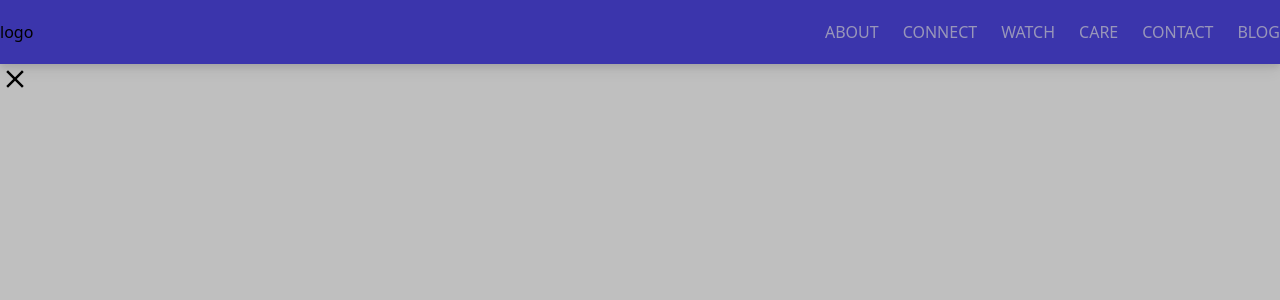
Repository: hisreal123/godschamber
Page: /
These files come from the project's save history. The page is drawn as it stood at one moment and after the next save; the edit follows.
The browser window is 1280 px wide. The pictures show the whole page.
The project was rebuilt for these pictures with package versions that can differ from the ones it lists, and the page was loaded fresh each time. The framework's server and built-in components were replaced by stand-ins that run in the browser. Also part of the build but not shown: next.config.js.

Above is the page before, as saved 2023-03-21 17:25:19.

### src/app/layout.tsx
import './globals.css'

export const metadata = {
  title: 'Welcome to Godschambers e-church ',
  description: 'Get closer to Your father ',
}

export default function RootLayout({
  children,
}: {
  children: React.ReactNode
}) {
  return (
    <html lang="en">
      <body>
        {children}
        </body>
    </html>
  )
}

### src/app/page.tsx
"use client"
import React, {lazy , useState}  from 'react'
import { Inter } from 'next/font/google'

// context
import { SideBarContext } from './components/context/SidebarContext'

// Font
const inter = Inter({ subsets: ['latin'] })

// LazyLoading
const Header = lazy(() => import('./components/Header'))
const Sidebar = lazy(() => import('./components/Sidebar'))


// Export....
export default function Home() {

  const [Open, setOpen] = useState(false)

  return (
    <main className="">
      <SideBarContext.Provider value={{Open, setOpen}}>
        <Header />
        <Sidebar />
      </SideBarContext.Provider>
    </main>
  )
}

### src/app/components/context/SidebarContext.tsx
import { createContext } from "react";


 type SideBarProps  = {
    Open: boolean
    setOpen :  any
}

export const SideBarContext = createContext( {} as  SideBarProps)

### src/app/components/Header.tsx
import React, {useContext} from 'react'
import { SideBarContext } from './context/SidebarContext'
import { menuIcon } from './SvgIcons/SvgIcons'

export default function Header() {

  const {Open, setOpen} = useContext(SideBarContext)
  const toggleSideBar = () => setOpen(!Open)

  return (
    <div className="w-full h-16 bg-indigo-600 drop-shadow-lg">
    <div className="container px-10 md:px-0 h-full mx-auto flex justify-between items-center">

      {/* logo here*/}
        <a className="" href="#">logo</a>

        {/* menu Links */}
        <ul id="menu" className="hidden fixed top-0 right-0 px-10 py-16 bg-gray-800 z-50
            md:relative md:flex md:p-0 md:bg-transparent md:flex-row md:space-x-6">

            <li className="md:hidden z-90 fixed top-4 right-6">
                <a href="javascript:void(0)" className="text-right text-white text-4xl"
                    onClick={toggleSideBar}></a>
            </li>

            <li>
                <a className="text-white opacity-70 hover:opacity-100 duration-300" href="#">ABOUT</a>
            </li>
            <li>
                <a className="text-white opacity-70 hover:opacity-100 duration-300" href="#">CONNECT</a>
            </li>
            <li>
                <a className="text-white opacity-70 hover:opacity-100 duration-300" href="#">WATCH</a>
            </li>

            <li>
                <a className="text-white opacity-70 hover:opacity-100 duration-300" href="#">CARE</a>
            </li>

            <li>
                <a className="text-white opacity-70 hover:opacity-100 duration-300" href="#">CONTACT</a>
            </li>
            <li>
                <a className="text-white opacity-70 hover:opacity-100 duration-300" href="#">BLOG</a>
            </li>

        </ul>

        <div className="flex items-center md:hidden">
            <button className="text-white text-4xl font-bold opacity-70 hover:opacity-100 duration-300"
                onClick={toggleSideBar}>
                {menuIcon}
            </button>
        </div>
  </div>
</div>
  )
}

### src/app/components/Sidebar.tsx
import React, {useContext} from 'react'
import { SideBarContext } from './context/SidebarContext'
import { closeIcon } from './SvgIcons/SvgIcons'
export default function Sidebar() {

    const {Open, setOpen} = useContext(SideBarContext)
    const toggleSideBar = () => setOpen(!Open)

  return (
    <div className={ Open ? " h-screen bg-slate-400 w-1/2 absolute top-0  right-0 z-100" : ' '}>
      {<div className="overlay h-screen bg-black  bg-opacity-25 w-screen absolute top-0 bottom-0 right-0 left-0 z-200 "></div>}
      <nav></nav>
      <div className="top">
        <span  onClick={toggleSideBar}>
          {closeIcon}
        </span>
      </div>
    </div>
  )
}

### src/app/components/SvgIcons/SvgIcons.tsx

export const menuIcon  = <svg xmlns="http://www.w3.org/2000/svg" width="30" height="30" viewBox="0 0 24 24"><path fill="currentColor" d="M3 18h13v-2H3v2zm0-5h10v-2H3v2zm0-7v2h13V6H3zm18 9.59L17.42 12L21 8.41L19.59 7l-5 5l5 5L21 15.59z"/></svg>
export const closeIcon = <svg xmlns="http://www.w3.org/2000/svg" width="30" height="30" viewBox="0 0 24 24"><path fill="currentColor" d="M6.4 19L5 17.6l5.6-5.6L5 6.4L6.4 5l5.6 5.6L17.6 5L19 6.4L13.4 12l5.6 5.6l-1.4 1.4l-5.6-5.6Z"/></svg>

### tailwind.config.js
/** @type {import('tailwindcss').Config} */
module.exports = {
  mode: ' Jit',
  content: [
    "./app/**/*.{js,ts,jsx,tsx}",
    "./pages/**/*.{js,ts,jsx,tsx}",
    "./components/**/*.{js,ts,jsx,tsx}",

    // Or if using `src` directory:
    "./src/**/*.{js,ts,jsx,tsx}",
  ],
  theme: {
    extend: {},
  },
  plugins: [],
}

Loaded but not shown: src/app/globals.css (common file)

After the next save:
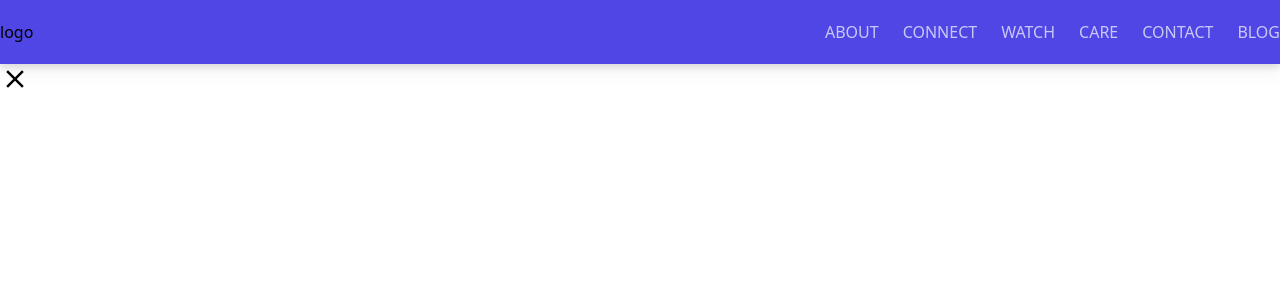
Saved 4 s later.
--- a/src/app/components/Sidebar.tsx
+++ b/src/app/components/Sidebar.tsx
@@ -8,7 +8,7 @@
 
   return (
     <div className={ Open ? " h-screen bg-slate-400 w-1/2 absolute top-0  right-0 z-100" : ' '}>
-      {<div className="overlay h-screen bg-black  bg-opacity-25 w-screen absolute top-0 bottom-0 right-0 left-0 z-200 "></div>}
+      {/* {<div className="overlay h-screen bg-black  bg-opacity-25 w-screen absolute top-0 bottom-0 right-0 left-0 z-200 "></div>} */}
       <nav></nav>
       <div className="top">
         <span  onClick={toggleSideBar}>

After the save that followed:
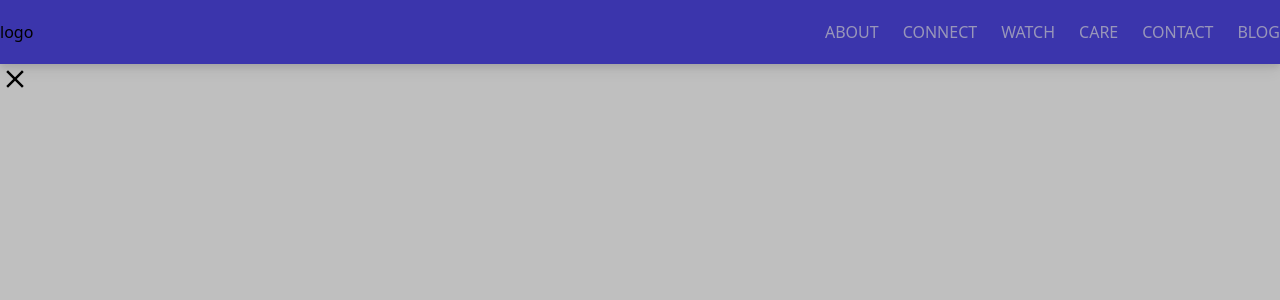
Saved 7 s later.
--- a/src/app/components/Sidebar.tsx
+++ b/src/app/components/Sidebar.tsx
@@ -8,7 +8,7 @@
 
   return (
     <div className={ Open ? " h-screen bg-slate-400 w-1/2 absolute top-0  right-0 z-100" : ' '}>
-      {/* {<div className="overlay h-screen bg-black  bg-opacity-25 w-screen absolute top-0 bottom-0 right-0 left-0 z-200 "></div>} */}
+      {<div className="overlay h-screen bg-black  bg-opacity-25 w-screen absolute top-0 bottom-0 right-0 left-0 z-200 "></div>}
       <nav></nav>
       <div className="top">
         <span  onClick={toggleSideBar}>
